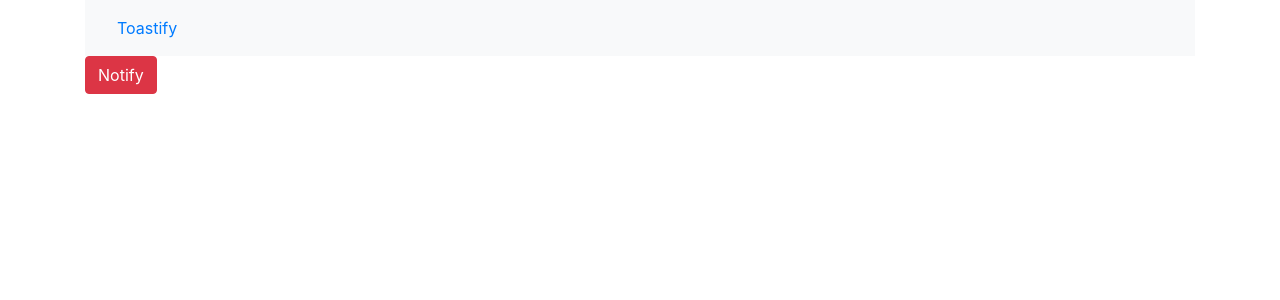
Repository: shankaraswal/react-multiple-ex
Page: /
These files come from the project's save history. The page is drawn as it stood at one moment and after the next save; the edit follows.
The browser window is 1280 px wide. The pictures show the whole page.
The project was rebuilt for these pictures with package versions that can differ from the ones it lists, and the page was loaded fresh each time. Also part of the build but not shown: src/components/common/Header.js, src/components/common/CopyArea.js.

Above is the page before, as saved 2020-02-04 18:08:32.

### src/App.js
import React from 'react';
import {
  BrowserRouter as Router,
  Switch,
  Route,
  Link
} from 'react-router-dom'

import Header from './components/common/Header'
import Navbar from './components/common/Navbar';
import CopyArea from './components/common/CopyArea'

import Toastify from './components/Toastify'
import 'react-toastify/dist/ReactToastify.css'

function App() {


  return (
    <div className="App container">
      <Router>
       <Navbar />
        <Switch>
          <div>
            <Route path='/' component={Toastify} />
          </div>

      </Switch>
      </Router>
    </div>
  );
}

export default App;

### src/components/common/Navbar.js
import React from 'react'
import { NavLink, Link } from 'react-router-dom'

function Navbar (){

  return (
    <nav className="navbar navbar-expand-lg navbar-light bg-light">
      <ul className="nav justify-content-end">
        <li className="nav-item">
          <NavLink className="nav-link" exact to="/">Toastify</NavLink>
        </li>
        <li className="nav-item">
          <Link className="nav-link" to="/modal" />
        </li>
        <li className="nav-item">
        <Link className="nav-link" to="/crop" />
        </li>
        <li className="nav-item">
        <Link className="nav-link" to="/dark" />
        </li>
    </ul>
    </nav>
    )

}

export default Navbar

### src/components/Toastify.js
import React from 'react';
import { toast } from 'react-toastify';
import 'react-toastify/dist/ReactToastify.css'

toast.configure()

function Toastity() {

  const notify = () => {
    toast('Popped Notification', {position:toast.POSITION.TOP_RIGHT});
   {/* toast('Popped Notification', {position:toast.POSITION.TOP_CENTER});
    toast('Popped Notification', {position:toast.POSITION.TOP_RIGHT});
    toast('Popped Notification', {position:toast.POSITION.BOTTOM_LEFT});
    toast('Popped Notification', {position:toast.POSITION.BOTTOM_CENTER});
  toast('Popped Notification', {position:toast.POSITION.BOTTOM_RIGHT});*/}
  }

  return (
    <div>
      <button className="btn btn-danger" onClick={notify}> Notify </button>
      </div>
  )
};


export default Toastity;

Loaded but not shown: public/index.html (common file); src/index.js (common file); src/index.css (common file); src/serviceWorker.js (common file)

After the next save:
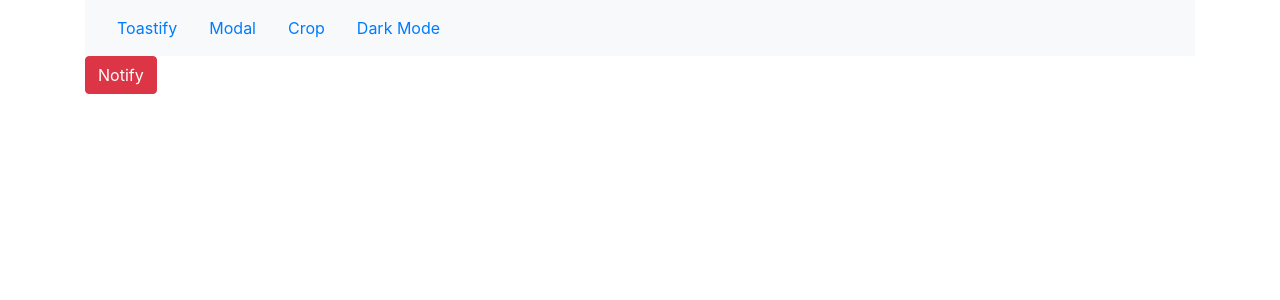
Saved 29 s later.
--- a/src/components/common/Navbar.js
+++ b/src/components/common/Navbar.js
@@ -10,13 +10,13 @@ function Navbar (){
           <NavLink className="nav-link" exact to="/">Toastify</NavLink>
         </li>
         <li className="nav-item">
-          <Link className="nav-link" to="/modal" />
+          <Link className="nav-link" to="/modal">Modal</Link>
         </li>
         <li className="nav-item">
-        <Link className="nav-link" to="/crop" />
+        <Link className="nav-link" to="/crop">Crop</Link>
         </li>
         <li className="nav-item">
-        <Link className="nav-link" to="/dark" />
+        <Link className="nav-link" to="/dark">Dark Mode</Link>
         </li>
     </ul>
     </nav>
